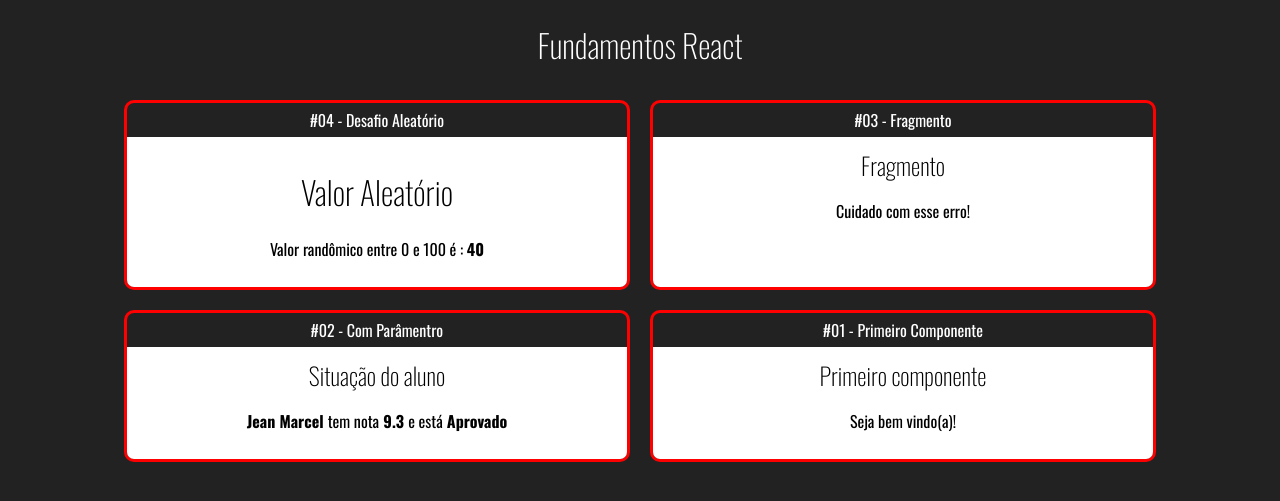
Repository: jean-siqueira/fundamentos-react
Page: /
The author's editor kept a copy of each file at every save. The page is drawn from the files as they stood at one save, then again after a run of saves.
The browser window is 1280 px wide. The pictures show the whole page.
The project was rebuilt for these pictures with package versions that can differ from the ones it lists, and the page was loaded fresh each time.

Above is the page before, as saved 2023-03-04 12:29:17.

After the next 2 saves:
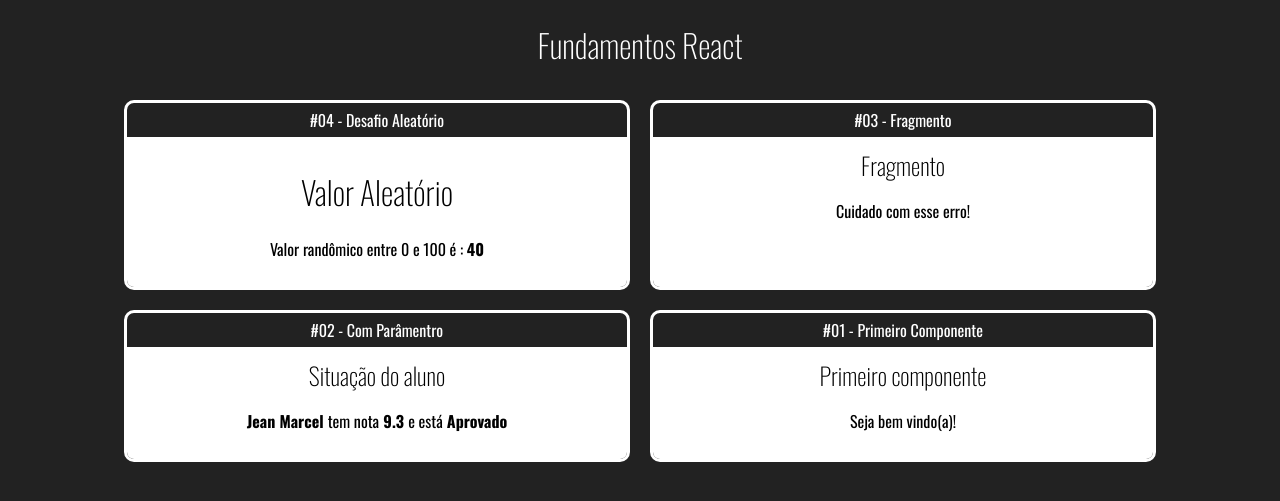
The 2 saves are shown as one change because they came seconds apart.
The last was saved 9 s later.
--- a/src/components/layout/Card.css
+++ b/src/components/layout/Card.css
@@ -1,7 +1,7 @@
 .Card {
     border-radius: 10px;
     overflow: hidden;
-    border: 3px solid red;
+    border: 3px solid;
     margin: 10px;
 
     display: flex;
